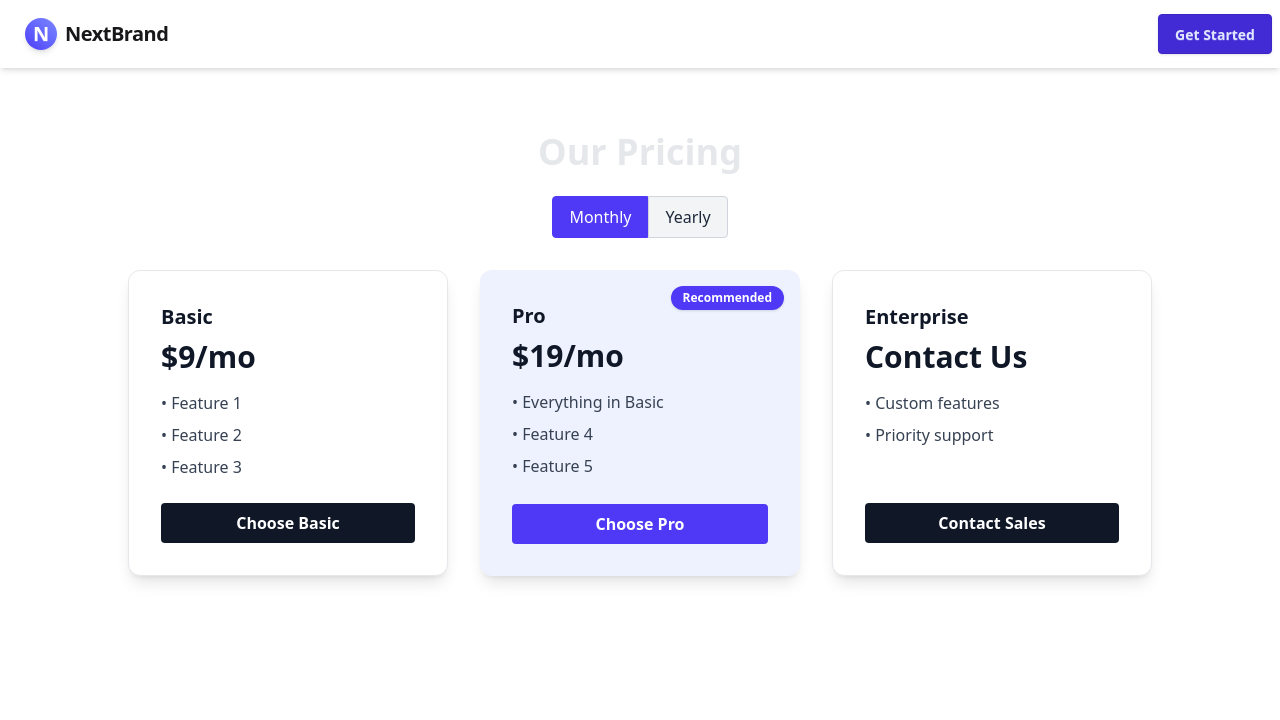
Repository: Chiranshukapil/Next_Brand
Page: /pricing
These files come from the project's save history. The page is drawn as it stood at one moment and after the next save; the edit follows.
The browser window is 1280 px wide. The pictures show the whole page.
The project was rebuilt for these pictures with package versions that can differ from the ones it lists, and the page was loaded fresh each time. Also part of the build but not shown: vite.config.js.

Above is the page before, as saved 2025-06-18 11:43:12.

### index.html
<!doctype html>
<html lang="en">
  <head>
    <meta charset="UTF-8" />
    <link rel="stylesheet" href="src/index.css">
    <meta name="viewport" content="width=device-width, initial-scale=1.0" />
    <title>NavBar</title>
  </head>
  <body classname="scroll-smooth">
    <div id="root"></div>
    <script type="module" src="/src/main.jsx"></script>
  </body>
</html>

### src/App.jsx
import { useState } from 'react'
import { BrowserRouter as Router, Routes, Route } from 'react-router-dom'
import Navbar from './Components/NavBar.jsx'
import PricingSection from './Components/PricingSection.jsx'

function App() {
  return (
    <Router>
      <Navbar />
      <Routes>

        <Route path="/pricing" element={<PricingSection />} />

      </Routes>
    </Router>
  )
}

export default App

### src/Components/NavBar.jsx
import React, { useState } from "react";
import { Link } from "react-router-dom";
import { Menu, X, ChevronDown } from "lucide-react";

// Use route paths in navLinks
const navLinks = [
  { name: "Home", href: "/" },
  {
    name: "Product",
    href: "/product",
    dropdown: [
      { name: "Overview", href: "/product/overview" },
      { name: "Features", href: "/product/features" },
    ],
  },
  {
    name: "Solutions",
    href: "/solutions",
    dropdown: [
      { name: "For Teams", href: "/solutions/teams" },
      { name: "For Individuals", href: "/solutions/individuals" },
    ],
  },
  { name: "Pricing", href: "/pricing" },
];

export default function Navbar() {
  const [menuOpen, setMenuOpen] = useState(false);
  const [dropdownOpen, setDropdownOpen] = useState(null);

  return (
    <nav className="navbar shadow-md sticky top-0 z-50 backdrop-blur-md bg-opacity-90 transition-all duration-300 flex justify-between items-center">

      <div className="navbar-start">
        <Link
          to="/"
          className="btn btn-ghost text-xl font-bold tracking-tight flex items-center gap-2 hover:text-indigo-500 transition-colors"
        >
          <span className="w-8 h-8 bg-gradient-to-tr from-indigo-600 to-indigo-400 rounded-full text-white flex items-center justify-center font-bold shadow-md">
            N
          </span>
          <span>NextBrand</span>
        </Link>
      </div>

      <div className="navbar-center hidden md:flex">
        <ul className="menu menu-horizontal px-1">
          {navLinks.map((link, index) => (
            <li
              key={link.name}
              onMouseEnter={() => setDropdownOpen(index)}
              onMouseLeave={() => setDropdownOpen(null)}
              className="relative"
            >
              {link.dropdown ? (
                <>
                  <Link
                    to={link.href}
                    className="text-base font-medium flex items-center gap-1 cursor-pointer text-white/80 hover:text-indigo-500 transition-colors"
                    aria-haspopup="true"
                    aria-expanded={dropdownOpen === index}
                    onClick={() => setDropdownOpen(null)}
                  >
                    {link.name}
                    <ChevronDown className="h-4 w-4" />
                  </Link>
                  {dropdownOpen === index && (
                    <ul className="absolute top-full left-0 mt-1 bg-gray-200 shadow-lg rounded-box p-2 w-48 z-50 animate-fade-in">
                      {link.dropdown.map((item) => (
                        <li key={item.name}>
                          <Link
                            to={item.href}
                            className="block px-3 py-1 rounded hover:bg-indigo-50 text-gray-800 transition"
                            onClick={() => setDropdownOpen(null)}
                          >
                            {item.name}
                          </Link>
                        </li>
                      ))}
                    </ul>
                  )}
                </>
              ) : (
                <Link
                  to={link.href}
                  className="text-base font-medium text-white/80 hover:text-indigo-500 transition"
                  onClick={() => setDropdownOpen(null)}
                >
                  {link.name}
                </Link>
              )}
            </li>
          ))}
        </ul>
      </div>

      <div className="navbar-end flex items-center">
        <Link
          to="/get-started"
          className="btn btn-primary font-semibold shadow hidden md:inline-flex"
        >
          Get Started
        </Link>
        <button
          aria-label="Toggle menu"
          className="btn btn-ghost md:hidden ml-2"
          onClick={() => setMenuOpen((v) => !v)}
        >
          {menuOpen ? (
            <X className="h-6 w-6 text-indigo-600" />
          ) : (
            <Menu className="h-6 w-6 text-indigo-600" />
          )}
        </button>

        <div
          className={`absolute top-full right-2 left-2 z-40 md:hidden overflow-hidden transition-all duration-300 ease-in-out bg-white rounded-box shadow-lg ${
            menuOpen ? "max-h-96" : "max-h-0"
          }`}
        >
          <ul tabIndex={0} className="menu menu-sm p-2 w-full">
            {navLinks.map((link) => (
              <li key={link.name}>
                {link.dropdown ? (
                  <details>
                    <summary className="text-base cursor-pointer flex items-center justify-between text-gray-800">
                      <Link
                        to={link.href}
                        className="flex items-center gap-1"
                        onClick={() => setMenuOpen(false)}
                      >
                        {link.name}
                      </Link>
                    </summary>
                    <ul className="p-2">
                      {link.dropdown.map((item) => (
                        <li key={item.name}>
                          <Link
                            to={item.href}
                            className="text-base text-gray-800"
                            onClick={() => setMenuOpen(false)}
                          >
                            {item.name}
                          </Link>
                        </li>
                      ))}
                    </ul>
                  </details>
                ) : (
                  <Link
                    to={link.href}
                    className="text-base text-gray-800"
                    onClick={() => setMenuOpen(false)}
                  >
                    {link.name}
                  </Link>
                )}
              </li>
            ))}
            <li className="mt-2">
              <Link
                to="/get-started"
                className="btn btn-primary w-full"
                onClick={() => setMenuOpen(false)}
              >
                Get Started
              </Link>
            </li>
          </ul>
        </div>
      </div>
    </nav>
  );
}

### src/Components/PricingSection.jsx
// src/Components/PricingSection.jsx

import React, { useState } from "react";

const plans = [
  {
    name: "Basic",
    monthly: 9,
    yearly: 90, // 2 months free
    features: ["Feature 1", "Feature 2", "Feature 3"],
    recommended: false,
  },
  {
    name: "Pro",
    monthly: 19,
    yearly: 190, // 2 months free
    features: ["Everything in Basic", "Feature 4", "Feature 5"],
    recommended: true,
  },
  {
    name: "Enterprise",
    monthly: null,
    yearly: null,
    features: ["Custom features", "Priority support"],
    recommended: false,
    contact: true,
  },
];

export default function PricingSection() {
  const [billing, setBilling] = useState("monthly");

  const displayPrice = (plan) => {
    if (plan.contact) return "Contact Us";
    if (billing === "yearly") {
      return `$${plan.yearly}/yr`;
    }
    return `$${plan.monthly}/mo`;
  };

  return (
    <section
      id="pricing"
      className="max-w-5xl mx-auto py-16 px-4 md:px-0 scroll-mt-24"
    >
      <h2 className="text-3xl md:text-4xl font-bold text-center mb-6 text-gray-200">
        Our Pricing
      </h2>
      {/* Billing toggle */}
      <div className="flex justify-center mb-8">
        <button
          className={`px-4 py-2 rounded-l border font-medium transition-colors ${
            billing === "monthly"
              ? "bg-indigo-600 text-white border-indigo-600"
              : "bg-gray-100 text-gray-800 border-gray-300"
          }`}
          onClick={() => setBilling("monthly")}
        >
          Monthly
        </button>
        <button
          className={`px-4 py-2 rounded-r border font-medium transition-colors ${
            billing === "yearly"
              ? "bg-indigo-600 text-white border-indigo-600"
              : "bg-gray-100 text-gray-800 border-gray-300"
          }`}
          onClick={() => setBilling("yearly")}
        >
          Yearly
        </button>
      </div>
      <div className="grid gap-8 md:grid-cols-3">
        {plans.map((plan) => (
          <div
            key={plan.name}
            className={`relative flex flex-col p-8 rounded-xl shadow-lg transition-transform hover:scale-105 ${
              plan.recommended
                ? "border- border-indigo-500 bg-indigo-50"
                : "bg-white border border-gray-200"
            }`}
          >
            {plan.recommended && (
              <span className="absolute top-4 right-4 bg-indigo-600 text-white text-xs px-3 py-1 rounded-full font-semibold shadow">
                Recommended
              </span>
            )}
            <h3 className="text-xl font-semibold mb-2 text-gray-900">{plan.name}</h3>
            <div className="text-3xl font-bold mb-4 text-gray-900">{displayPrice(plan)}</div>
            <ul className="flex-1 mb-6 space-y-2 text-gray-700">
              {plan.features.map((f) => (
                <li key={f}>• {f}</li>
              ))}
            </ul>
            <button
              className={`py-2 px-4 rounded font-semibold transition-colors ${
                plan.recommended
                  ? "bg-indigo-600 text-white hover:bg-indigo-700"
                  : "bg-gray-900 text-white hover:bg-gray-800"
              }`}
            >
              {plan.contact ? "Contact Sales" : `Choose ${plan.name}`}
            </button>
          </div>
        ))}
      </div>
    </section>
  );
}

Loaded but not shown: src/index.css (common file); src/main.jsx (common file)

After the next save:
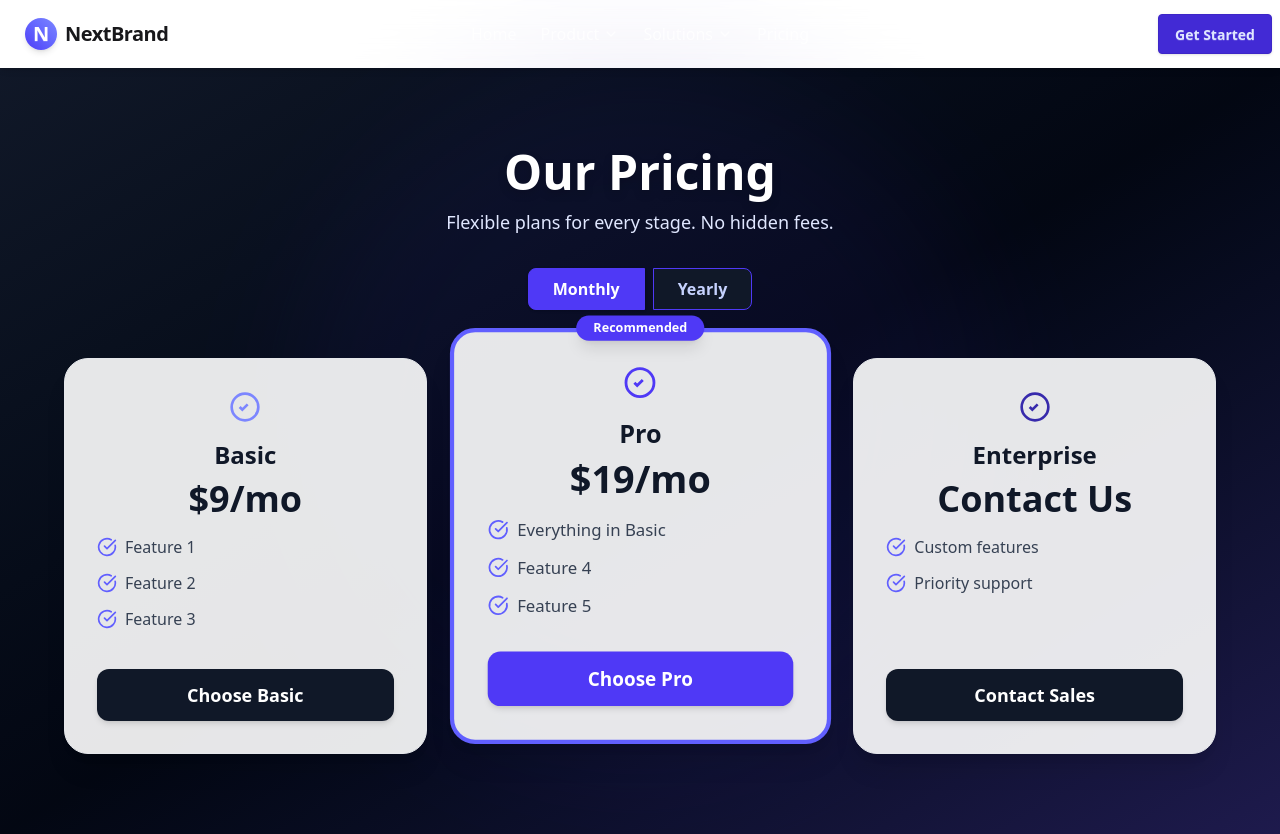
Saved 4 s later.
--- a/src/Components/PricingSection.jsx
+++ b/src/Components/PricingSection.jsx
@@ -1,24 +1,26 @@
-// src/Components/PricingSection.jsx
-
-import React, { useState } from "react";
+import { CheckCircle } from "lucide-react";
+import { useState } from "react";
 
 const plans = [
   {
     name: "Basic",
+    icon: <svg className="w-8 h-8 text-indigo-400" fill="none" stroke="currentColor" strokeWidth="2" viewBox="0 0 24 24"><circle cx="12" cy="12" r="10"/><path d="M8 12l2 2 4-4"/></svg>,
     monthly: 9,
-    yearly: 90, // 2 months free
+    yearly: 90,
     features: ["Feature 1", "Feature 2", "Feature 3"],
     recommended: false,
   },
   {
     name: "Pro",
+    icon: <svg className="w-8 h-8 text-indigo-600" fill="none" stroke="currentColor" strokeWidth="2" viewBox="0 0 24 24"><circle cx="12" cy="12" r="10"/><path d="M8 12l2 2 4-4"/></svg>,
     monthly: 19,
-    yearly: 190, // 2 months free
+    yearly: 190,
     features: ["Everything in Basic", "Feature 4", "Feature 5"],
     recommended: true,
   },
   {
     name: "Enterprise",
+    icon: <svg className="w-8 h-8 text-indigo-800" fill="none" stroke="currentColor" strokeWidth="2" viewBox="0 0 24 24"><circle cx="12" cy="12" r="10"/><path d="M8 12l2 2 4-4"/></svg>,
     monthly: null,
     yearly: null,
     features: ["Custom features", "Priority support"],
@@ -32,76 +34,79 @@ export default function PricingSection() {
 
   const displayPrice = (plan) => {
     if (plan.contact) return "Contact Us";
-    if (billing === "yearly") {
-      return `$${plan.yearly}/yr`;
-    }
+    if (billing === "yearly") return `$${plan.yearly}/yr`;
     return `$${plan.monthly}/mo`;
   };
 
   return (
-    <section
-      id="pricing"
-      className="max-w-5xl mx-auto py-16 px-4 md:px-0 scroll-mt-24"
-    >
-      <h2 className="text-3xl md:text-4xl font-bold text-center mb-6 text-gray-200">
-        Our Pricing
-      </h2>
-      {/* Billing toggle */}
-      <div className="flex justify-center mb-8">
-        <button
-          className={`px-4 py-2 rounded-l border font-medium transition-colors ${
-            billing === "monthly"
-              ? "bg-indigo-600 text-white border-indigo-600"
-              : "bg-gray-100 text-gray-800 border-gray-300"
-          }`}
-          onClick={() => setBilling("monthly")}
-        >
-          Monthly
-        </button>
-        <button
-          className={`px-4 py-2 rounded-r border font-medium transition-colors ${
-            billing === "yearly"
-              ? "bg-indigo-600 text-white border-indigo-600"
-              : "bg-gray-100 text-gray-800 border-gray-300"
-          }`}
-          onClick={() => setBilling("yearly")}
-        >
-          Yearly
-        </button>
-      </div>
-      <div className="grid gap-8 md:grid-cols-3">
-        {plans.map((plan) => (
-          <div
-            key={plan.name}
-            className={`relative flex flex-col p-8 rounded-xl shadow-lg transition-transform hover:scale-105 ${
-              plan.recommended
-                ? "border- border-indigo-500 bg-indigo-50"
-                : "bg-white border border-gray-200"
+    <section className="relative py-20 px-4 md:px-0 bg-gradient-to-br from-gray-900 via-gray-950 to-indigo-950 min-h-[100vh]">
+      {/* Decorative background shapes */}
+      <div className="absolute top-0 left-1/2 -translate-x-1/2 w-[700px] h-[700px] rounded-full bg-indigo-800 opacity-10 blur-3xl pointer-events-none"></div>
+      <div className="relative z-10 max-w-6xl mx-auto">
+        <h2 className="text-4xl md:text-5xl font-extrabold text-center mb-3 text-white drop-shadow-lg">Our Pricing</h2>
+        <p className="text-center text-indigo-100 mb-8 text-lg">Flexible plans for every stage. No hidden fees.</p>
+        {/* Billing toggle */}
+        <div className="flex justify-center mb-12 gap-2">
+          <button
+            className={`px-6 py-2 rounded-l-lg font-semibold transition-colors duration-200 border border-indigo-600 focus:outline-none ${
+              billing === "monthly"
+                ? "bg-indigo-600 text-white shadow"
+                : "bg-gray-900 text-indigo-200 hover:bg-indigo-700/20"
             }`}
+            onClick={() => setBilling("monthly")}
           >
-            {plan.recommended && (
-              <span className="absolute top-4 right-4 bg-indigo-600 text-white text-xs px-3 py-1 rounded-full font-semibold shadow">
-                Recommended
-              </span>
-            )}
-            <h3 className="text-xl font-semibold mb-2 text-gray-900">{plan.name}</h3>
-            <div className="text-3xl font-bold mb-4 text-gray-900">{displayPrice(plan)}</div>
-            <ul className="flex-1 mb-6 space-y-2 text-gray-700">
-              {plan.features.map((f) => (
-                <li key={f}>• {f}</li>
-              ))}
-            </ul>
-            <button
-              className={`py-2 px-4 rounded font-semibold transition-colors ${
+            Monthly
+          </button>
+          <button
+            className={`px-6 py-2 rounded-r-lg font-semibold transition-colors duration-200 border border-indigo-600 focus:outline-none ${
+              billing === "yearly"
+                ? "bg-indigo-600 text-white shadow"
+                : "bg-gray-900 text-indigo-200 hover:bg-indigo-700/20"
+            }`}
+            onClick={() => setBilling("yearly")}
+          >
+            Yearly
+          </button>
+        </div>
+        <div className="grid md:grid-cols-3 gap-8 items-stretch">
+          {plans.map((plan, idx) => (
+            <div
+              key={plan.name}
+              className={`relative flex flex-col p-8 rounded-3xl border transition-transform duration-200 bg-white/90 shadow-xl hover:scale-[1.03] ${
                 plan.recommended
-                  ? "bg-indigo-600 text-white hover:bg-indigo-700"
-                  : "bg-gray-900 text-white hover:bg-gray-800"
+                  ? "border-4 border-indigo-500 bg-indigo-50 z-20 scale-105 shadow-2xl"
+                  : "border-gray-200"
               }`}
+              style={plan.recommended ? { top: '-20px' } : {}}
             >
-              {plan.contact ? "Contact Sales" : `Choose ${plan.name}`}
-            </button>
-          </div>
-        ))}
+              {plan.recommended && (
+                <span className="absolute -top-4 left-1/2 -translate-x-1/2 bg-indigo-600 text-white text-xs px-4 py-1 rounded-full font-semibold shadow-lg z-30">
+                  Recommended
+                </span>
+              )}
+              <div className="flex justify-center mb-4">{plan.icon}</div>
+              <h3 className="text-2xl font-bold mb-2 text-gray-900 text-center">{plan.name}</h3>
+              <div className="text-4xl font-extrabold mb-4 text-center text-gray-900">{displayPrice(plan)}</div>
+              <ul className="flex-1 mb-8 space-y-3 text-gray-700">
+                {plan.features.map((f) => (
+                  <li key={f} className="flex items-center gap-2">
+                    <CheckCircle className="w-5 h-5 text-indigo-500" />
+                    <span>{f}</span>
+                  </li>
+                ))}
+              </ul>
+              <button
+                className={`py-3 px-6 rounded-xl font-semibold text-lg transition-all duration-200 shadow-md focus:outline-none ${
+                  plan.recommended
+                    ? "bg-indigo-600 text-white hover:bg-indigo-700"
+                    : "bg-gray-900 text-white hover:bg-indigo-600"
+                }`}
+              >
+                {plan.contact ? "Contact Sales" : `Choose ${plan.name}`}
+              </button>
+            </div>
+          ))}
+        </div>
       </div>
     </section>
   );
